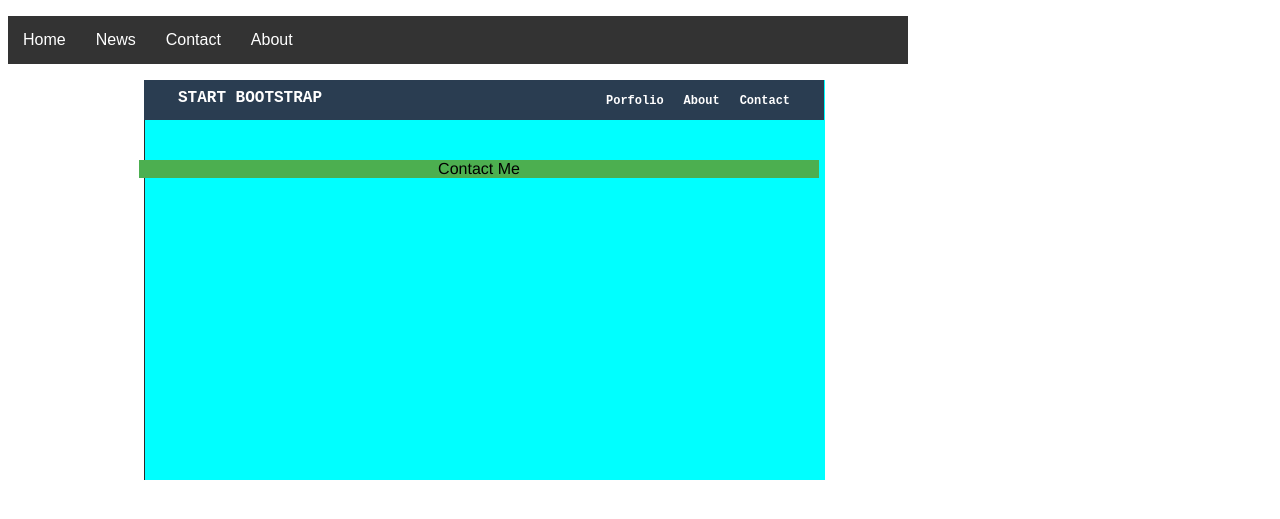
Repository: LongNguyen2504/T3H-FrondEnd
Page: Lesson3_CSS_HomeWork3.html
An editor plug-in stored every save of this project. The page is shown before and after the next save, followed by the edit.
The browser window is 1280 px wide. The pictures show the whole page.

Above is the page before, as saved 2021-12-01 23:06:26.

After the next save:
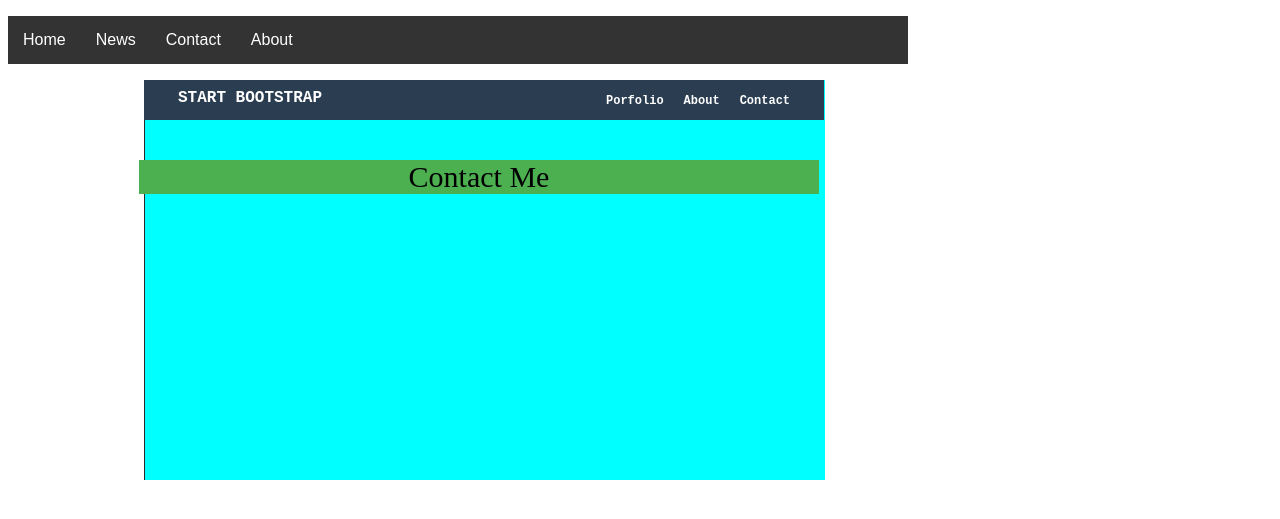
Saved 30 s later.
--- a/Lesson3_CSS_HomeWork3.css
+++ b/Lesson3_CSS_HomeWork3.css
@@ -56,7 +56,8 @@ div.contact-me-div{
     left: -5px;
     background-color: #4caf50;
     text-align: center;
-    font-family: 'Franklin Gothic Medium', 'Arial Narrow', Arial, sans-serif;
+    font-family: 'Times New Roman', Times, serif;
+    font-size: 30px;
 }
 ul.ul-menu{
     list-style-type: none;
